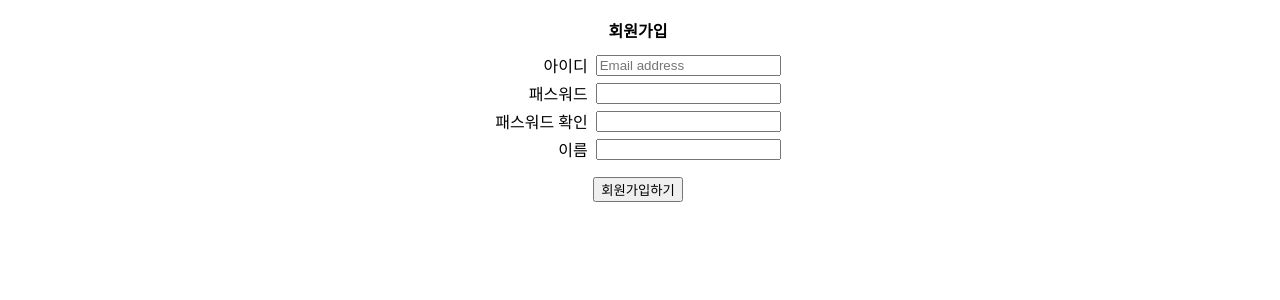
Repository: Do-yoon/JSP_source_code
Page: Hello2/src/main/webapp/signup.html
These files come from the project's save history. The page is drawn as it stood at one moment and after the next save; the edit follows.
The browser window is 1280 px wide. The pictures show the whole page.

Above is the page before, as saved 2021-04-28 23:44:08.

After the next save:
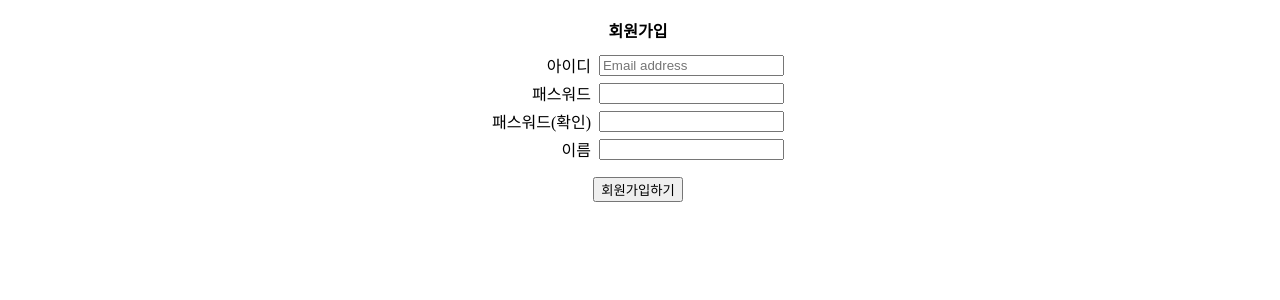
Saved 70 min 38 s later.
--- a/Hello2/src/main/webapp/signup.html
+++ b/Hello2/src/main/webapp/signup.html
@@ -1,9 +1,10 @@
+
 <html>
 <head>
 <meta charset="utf-8">
 </head>
 <body>
-<form action="signup.jsp">
+<form action="signup.jsp" method="post">
 <table align=center>
 <tr><td colspan=2 align=center height=40><b>회원가입</b><td></tr>
 <tr>
@@ -15,7 +16,7 @@
     <td><input type="password" name="ps" required></td>
 </tr>
 <tr>
-    <td align=right>패스워드 확인&nbsp;</td>
+    <td align=right>패스워드(확인)&nbsp;</td>
     <td><input type="password" name="ps2" required></td>
 </tr>
 <tr>
